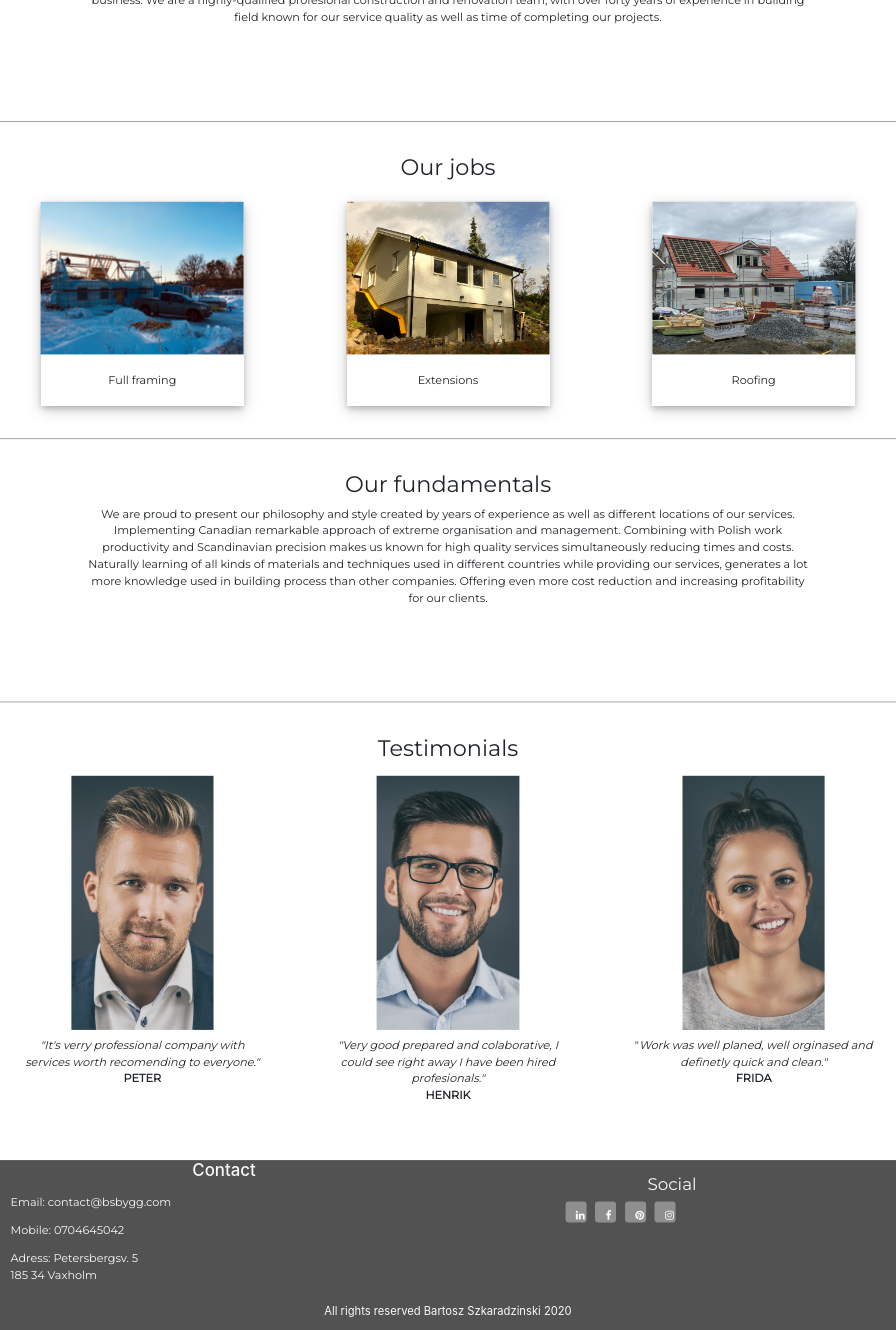
Repository: Bartie1982/milestone-project-1
Page: index.html
The author's editor kept a record of every edit. The page is drawn from the files as they stood at one moment, then again after the next edit.
The browser window is 1280 px wide. The pictures show the part of the page from y = 906 to 2826 px (the page is 2806 px tall before and 2826 px after), at 70% of full size.
Some web libraries are served in a nearby version.

Above is the page before.

### index.html
<!DOCTYPE html>
<html lang="en">

<head>
    <meta charset="UTF-8">
    <meta name="viewport" content="width=device-width, initial-scale=1.0">
    <meta http-equiv="X-UA-Compatible" content="ie=edge">
    <link rel="stylesheet" href="https://stackpath.bootstrapcdn.com/bootstrap/4.3.1/css/bootstrap.min.css" type="text/css" />
    <link rel="stylesheet" href="https://stackpath.bootstrapcdn.com/font-awesome/4.7.0/css/font-awesome.min.css" type="text/css" />
    <link rel="stylesheet" href="assets/css/style.css" type="text/css" />
    <title>BsBygg</title>
</head>

<body>
    <header>
        <div class="container-fluid h-50 d-inline-block">
            <div class="row">
                   <div class="mt-2  float-sm-left col-lg-2 col-md-3 col-sm-4 col-4">
                        <a href="index.html">
                        <img class="img logo" src="./assets/images/logo1.png" alt="Bs.bygg">
                        </a>
                    </div>
                    <div class="mt-2 col-lg-10 col-md-9 col-sm-8 col-8">
                            <nav class="mt-0 navbar navbar-expand-lg navbar-dark navbar-custom">
                            <a class="navbar-brand float-sm-left" href="index.html">Bs bygg</a>
                             <button class="navbar-toggler custom-toggler" type="button" data-toggle="collapse" data-target="#navbarNav" aria-controls="navbarNav" aria-expanded="false" aria-label="Toggle navigation">
                                    <span class="navbar-toggler-icon"></span>
                            </button>
                                <div class="navbar-brand collapse navbar-collapse" id="navbarNav">
                                    <ul class="navbar-nav">
                                        <li class="nav-item">
                                            <a class="navbar-brand" href="#about-us">About us</a>
                                        </li>
                                        <li class="nav-item">
                                            <a class="navbar-brand" href="#our-jobs">Our jobs</a>
                                        </li>
                                        <li class="nav-item">
                                            <a class="navbar-brand" href="#our-fundamentals">Our fundamentals</a>
                                        </li>
                                        <li class="nav-item">
                                            <a class="navbar-brand" href="#testimonials">Testimonials</a>
                                        </li>
                                        <li class="nav-item">
                                            <a class="navbar-brand" href="#contact">Contact</a>
                                        </li>
                                    </ul>
                                </div>

                        </nav>
                    </div>
        </div>
            </div>
            <div class="container-fluid h-50 d-inline-block">
                <div class="h-75 d-inline-block d-flex justify-content-center quote">
                        <p class="align-self-end ">Profesionals simply by working different!</p>
                </div>
            </div>
    </header>

    <section>
        <div class="d-flex justify-content-center" id="about-us">
            <div class="col-md-10 about-us">
                <h2>About-us</h2>

                <p class="text-space">Established in 1995 our company is a family bussines,
                started by my father who was providing construction and renovation services of all sorts in Sweden and Scandinavia.
                In 1999 My brother and I have joined my fathers company and together we expanded rapidly.
                Completing bigger and more complicated houses designs in Sweden, Danmark, Uk, Poland and Canada over time  we were growing and evolving to get framing and construction projects ahead simultaneously remaning in renovation business.
                We are a highly-qualified profesional construction and renovation team, with over forty years of experience in building field known for our service quality as well as time of completing our projects.
                </p>

            </div>
        </div>

        <div class="row">
            <div class="col-md-12 h-line4">
                <hr>
            </div>
        </div>

    </section>
    <section>
        <div class="row" id="our-jobs">
            <div class="col-md-12 Our-jobs">
                <h2>Our jobs</h2>
                    <div class="row d-flex justify-content-around">
                        <div class="col-sm-12 col-md-12 col-lg-4">
                            <div class="polaroid">
                        <img src="./assets/images/balsta-light.jpg" alt="Full framing" style="width:100%">
                             <div class="container p">
                             <p>Full framing</p>
                             </div>
                       </div>
                        </div>
                        <div class="col-sm-12 col-md-12 col-lg-4">
                            <div class="polaroid">
                        <img src="./assets/images/akersberga-ed.jpg" alt="Extensions" style="width:100%">
                             <div class="container p">
                             <p>Extensions</p>
                             </div>
                       </div>
                        </div>
                        <div class="col-sm-12 col-md-12 col-lg-4">
                            <div class="polaroid">
                        <img src="./assets/images/tak-arbetet-ed.jpg" alt="Roofing" style="width:100%">
                             <div class="container p">
                             <p>Roofing</p>
                         </div>
                        </div>
                    </div>
                </div>
            </div>
        </div>
    </section>
    <section>
        <div class="row">
            <div class="col-md-12 h-line3">
                <hr>
            </div>
        </div>
        <div class="d-flex justify-content-center" id="our-fundamentals">
            <div class="col-md-10 our-fundamentals">
                <h2>Our fundamentals</h2>

                <p class="text-space">We are proud to present our philosophy and style created by years of experience as well as different locations of our services.
                Implementing  Canadian remarkable approach of extreme organisation and management.
                Combining with Polish work productivity and Scandinavian precision makes us known for high quality services simultaneously reducing times and costs.
                Naturally learning of all kinds of materials and techniques used in different countries while providing our services, generates a lot more knowledge used in building process than other companies. Offering even more
                cost reduction and increasing profitability for our clients.
                </p>
            </div>
        </div>

        <div class="row">
            <div class="col-md-12 h-line4">
                <hr>
            </div>
        </div>
    </section>
    <section>
        <div class="row" id="testimonials">
            <div class="col-md-12 Testimonials">
                <h2>Testimonials</h2>
                    <div class="row people d-flex justify-content-around">
                        <div class="col-sm-12 col-md-4 person">
                            <img class="img-fluid" src="./assets/images/Face 6.jpg" alt="Peter">
                            <p class="text-space"><i>"It's verry professional company with services worth recomending to everyone."</i><br><b>PETER</b></p>
                        </div>
                        <div class="col-sm-12 col-md-4 person">
                            <img class="img-fluid" src="./assets/images/Face 4.jpg" alt="Henrik">
                            <p class="text-space"><i>"Very good prepared and colaborative, I could see right away I have been hired profesionals."</i><br><b>HENRIK</b></p>
                        </div>
                        <div class="col-sm-12 col-md-4 person">
                            <img class="img-fluid" src="./assets/images/Face 7.jpg" alt="Frida">
                            <p class="text-space">"<i>Work was well planed, well orginased and definetly quick and clean."</i><br><b>FRIDA</b></p>
                        </div>
                    </div>
            </div>
                <div class="row">
                    <div class="col-md-12 h-line4">
                        <hr>
                    </div>
                </div>
    </section>
    <footer class="container-fluid" id="contact">
        <div class="row">
                <div class="col-lg-6 col-md-6 col-sm-12 mx-auto">
                    <h4 class="d-flex justify-content-center">Contact</h4>

                        <div class="d-flex flex-column general-sub">
                            <div>
                            <p><b>Email:</b> contact@bsbygg.com</p>
                            </div>
                            <div>
                            <p><b>Mobile:</b> 0704645042 </p>
                            </div>
                            <div>
                            <p><b>Adress:</b> Petersbergsv. 5 <br>185 34 Vaxholm</p>
                        </div>
                </div>
        </div>
            <div class="col-lg-6 col-md-6 col-sm-12 social mx-auto">
                <h4 class="general-sub d-flex justify-content-center">Social</h4>
                <ul class="list-inline social-links w-50 mx-auto">
                <li class="list-inline-item">
                    <a target="_blank" href="https://www.linkedin.com/">
                        <i class="fa fa-linkedin" aria-hidden="true"></i>
                        <span class="sr-only">Linkedin</span>
                    </a>
                </li>

                <li class="list-inline-item">
                    <a target="_blank" href="https://www.facebook.com/">
                        <i class="fa fa-facebook" aria-hidden="true"></i>
                        <span class="sr-only">Facebook</span>
                    </a>

                </li>
                <li class="list-inline-item">
                    <a target="_blank" href="https://www.pinterest.com/">
                        <i class="fa fa-pinterest" aria-hidden="true"></i>
                        <span class="sr-only">Pinterest</span>
                    </a>
                </li>
                <li class="list-inline-item">
                    <a target="_blank" href="https://www.instagram.com/">
                        <i class="fa fa-instagram" aria-hidden="true"></i>
                        <span class="sr-only">Instagram</span>
                    </a>
                </li>

                </ul>
            </div>
        </div>
        <div class="d-flex justify-content-center">
            <p class="">All rights reserved  Bartosz Szkaradzinski 2020</p>
        </div>
    </footer>
    <script src="https://code.jquery.com/jquery-3.2.1.slim.min.js" integrity="sha384-KJ3o2DKtIkvYIK3UENzmM7KCkRr/rE9/Qpg6aAZGJwFDMVNA/GpGFF93hXpG5KkN" crossorigin="anonymous"></script>
<script src="https://cdnjs.cloudflare.com/ajax/libs/popper.js/1.12.9/umd/popper.min.js" integrity="sha384-ApNbgh9B+Y1QKtv3Rn7W3mgPxhU9K/ScQsAP7hUibX39j7fakFPskvXusvfa0b4Q" crossorigin="anonymous"></script>
<script src="https://maxcdn.bootstrapcdn.com/bootstrap/4.0.0/js/bootstrap.min.js" integrity="sha384-JZR6Spejh4U02d8jOt6vLEHfe/JQGiRRSQQxSfFWpi1MquVdAyjUar5+76PVCmYl" crossorigin="anonymous"></script>
</body>

</html>

### assets/css/style.css
@import url('https://fonts.googleapis.com/css?family=Montserrat&display=swap:100,200,300,400,500,600,700|Exo:100,200,300,400,500,600,700');


/*----------------------------------------------Colours*/
.bg-color-name-title {
      color: #000234;
}



/*----------------------------------------------Heading*/

html, body {
    width: 100vw;
    overflow-x: hidden;
    overflow-y: auto;
}

header {
    height: 100vh;
    margin: 0;
    background: url("../images/Villa1.jpg");
    background-repeat: no-repeat;
    background-size: cover;


}

.logo {
    background-repeat: no-repeat;
    background-size: 30px;
    min-height: 20px;
    height: 50px;
    margin-top: inherit;
    margin-left: 20px;
    margin-right: 2px;
    padding-left: 0px;
    padding-right:0px;

}


.navbar {
    margin-right: auto;
    margin-left: auto;
    margin-top: 25px;

}

.navbar-dark {
    font-size: 22px;
    font-weight: 400;
}
.custom-toggler.navbar-toggler {
            border-color: lightgreen;
        }

.navbar-custom .navbar-brand,
.navbar-custom .navbar-text {
    color: #F0F8FF;
}

.quote {
    color: #F0FFF0;
    font-family: "Exo", Montserrat;
    font-weight: 100;
    font-size: 30px;
    text-align: center;


}


/*----------------------------------------------About us*/

.about-us {

    font-family: "Exo", Montserrat;
    margin-top: 30px;
    text-align: center;
    min-height: 300px;

}

/*----------------------------------------------Our fundamentals*/



.our-fundamentals {
    font-family: "Exo", Montserrat;
    margin-top: 30px;
    text-align: center;
    min-height: 300px;
}




/*----------------------------------------------Our jobs*/

.polaroid {
  width: 290px;
  box-shadow: 0 4px 8px 0 rgba(0, 0, 0, 0.2), 0 6px 20px 0 rgba(0, 0, 0, 0.19);
  text-align: center;
  margin: 30px auto 30px auto;

}

.Our-jobs {
    font-family: "Exo", Montserrat;
    margin-top: 30px;
    text-align: center;
    min-height: 300px;

}


/*----------------------------------------------Testimonials*/

.container p {
  padding: 25px;
}
.people {
    margin-top:20px;
    margin-bottom: 40px;
}
.person {

    height: inherit;
    margin-bottom: 30px;
}
.person img {
    width: 50%;
    margin-left: auto;
    margin-right: auto;
}
.person p {
    padding-left: 30px;
    padding-right: 30px;
}


.name {
    font-family: "Exo", Montserrat;
    background-position: center;
    margin-top: 50px;
    font-weight: 100;
    min-height: 100px;
    font-size: 46px;
    color: #fff;

}

.Testimonials {
    font-family: "Exo", Montserrat;
    margin-top: 30px;
    text-align: center;
    min-height: 300px;

}

/*----------------------------------------------Spacers/lines/margins/paddings/text */

h1,
h2,
h3,
h4 {
       margin: 0;
}

hr {
    background-color: grey;
    height: 1px;
    border: 0; }

.h-line3 {
    margin-top: 0;

}

.h-line4 {
    margin-top: 1%;
}

.text-space {
    margin-top: 10px;
    margin-bottom: 10px;
}

.general-sub {
    margin-top: 20px;
    margin-bottom: 10px;
    color: #fafafa;
    font-family: "Exo", Montserrat;
    font-weight: 300;

}

.inline-block {
    display: inline-block;

}

/*----------------------------------------------Footer*/

footer {
    background-color: #525252;
    color: #fafafa;
    min-height: 240px;
}

.contact {
    margin-left: auto;
    margin-right: auto;

}

.quote-pdf i {
    font-size: 20px;
    color: #fafafa;
    text-align: center;
    padding-left: 8px;
    transition: all 0.45s ease-in;
    -moz-transition: all 0.45s ease-in;
    -webkit-transition: all 0.45s ease-in;
    -o-transition: all 0.45s ease-in;
}

.quote-pdf i:hover {
    color: #40A8AF;

}
.social {
     margin-right: auto;
     margin-left: auto;
}

.social-links li a i {
    width: 30px;
    height:30px;
    padding: 15px;
    border-radius: 15%;
    font-size: 15px;
    line-height: 10px;
    text-align: center;
    color: #fafafa;
    background: #8f8f8f;
    transition: all 0.35s ease-in;
    -moz-transition: all 0.35s ease-in;
    -webkit-transition: all 0.35s ease-in;
    -o-transition: all 0.35s ease-in;
}

.social-links li a i:hover {
    background: #40A8AF;
}

After the next edit:
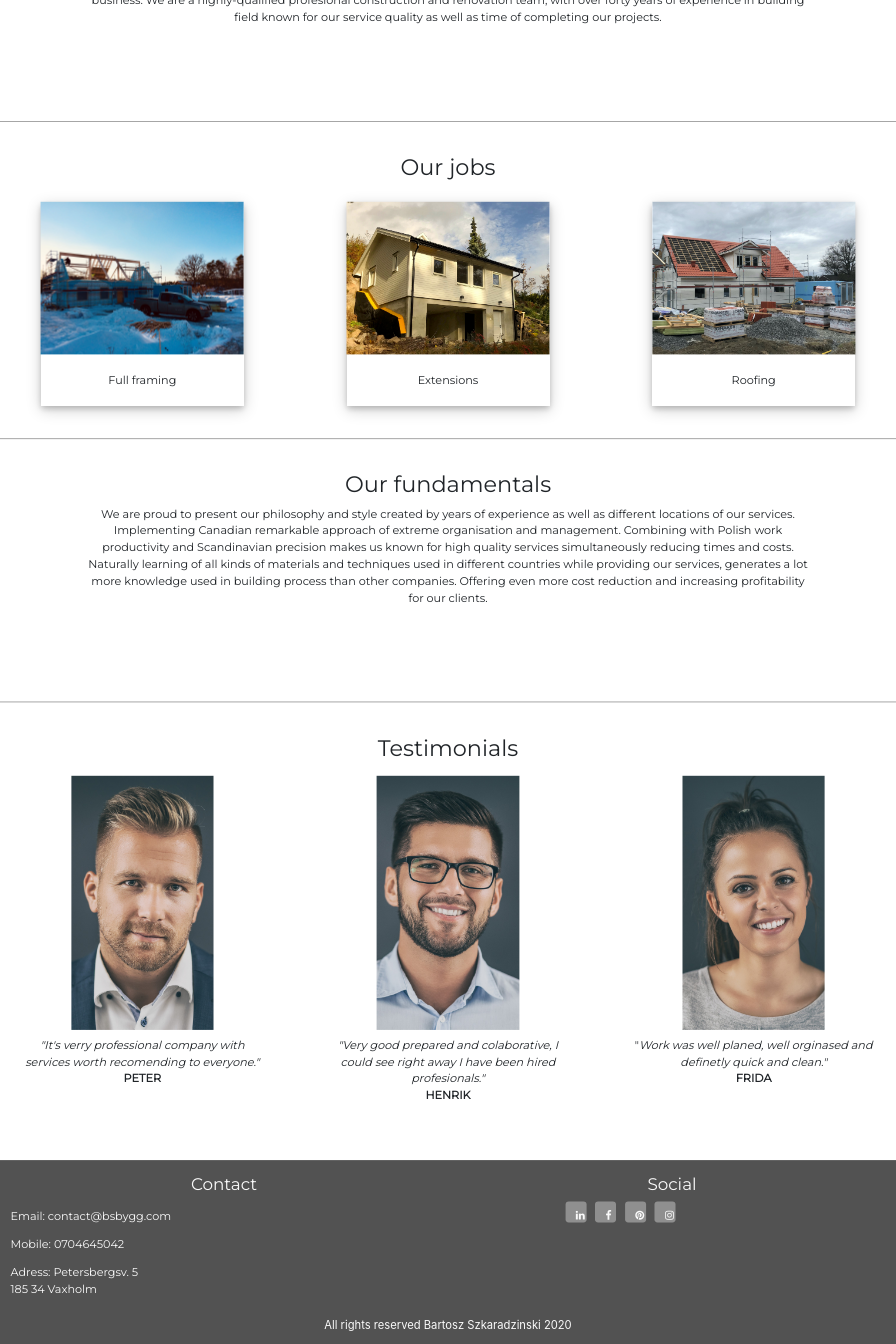
The edit:
--- a/index.html
+++ b/index.html
@@ -165,7 +165,7 @@
     <footer class="container-fluid" id="contact">
         <div class="row">
                 <div class="col-lg-6 col-md-6 col-sm-12 mx-auto">
-                    <h4 class="d-flex justify-content-center">Contact</h4>
+                    <h4 class="d-flex justify-content-center general-sub">Contact</h4>
 
                         <div class="d-flex flex-column general-sub">
                             <div>
